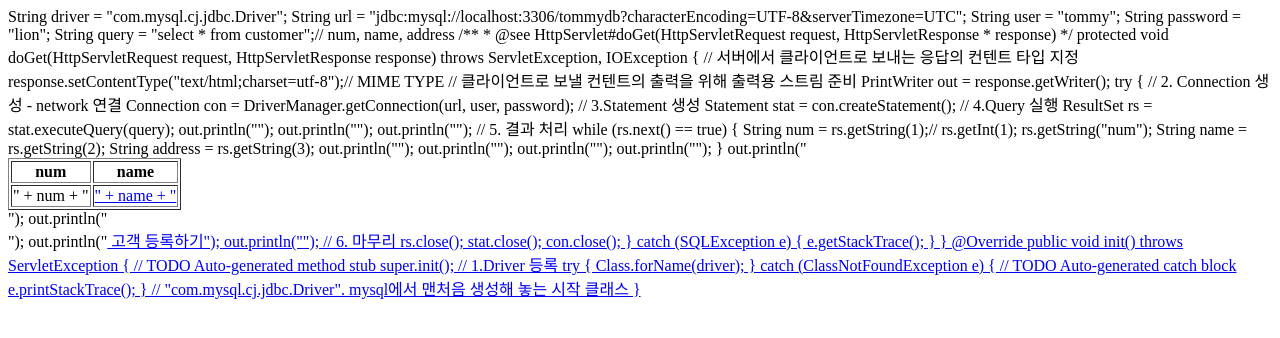
Repository: pencil-HB/SSAFY_Backend
Page: http://localhost/BackendProject/db/CustomerStart.jsp
An editor plug-in stored every save of this project. The page is shown before and after the next save, followed by the edit.
The browser window is 1280 px wide. The pictures show the whole page.
The page is served by Tomcat 10. Other server files are loaded and not shown.

Above is the page before, as saved 2024-09-24 06:17:39.

### BackendProject/src/main/webapp/db/CustomerStart.jsp
<%@ page language="java" contentType="text/html; charset=UTF-8"
	pageEncoding="UTF-8"%>
<%@ page import="java.sql.Connection, java.sql.DriverManager, java.sql.ResultSet, java.sql.SQLException, java.sql.Statement" %>

	String driver = "com.mysql.cj.jdbc.Driver";
	String url = "jdbc:mysql://localhost:3306/tommydb?characterEncoding=UTF-8&serverTimezone=UTC";
	String user = "tommy";
	String password = "lion";
	String query = "select * from customer";// num, name, address

	/**
	 * @see HttpServlet#doGet(HttpServletRequest request, HttpServletResponse
	 *      response)
	 */
	protected void doGet(HttpServletRequest request, HttpServletResponse response)
			throws ServletException, IOException {

		// 서버에서 클라이언트로 보내는 응답의 컨텐트 타입 지정
		response.setContentType("text/html;charset=utf-8");// MIME TYPE

		// 클라이언트로 보낼 컨텐트의 출력을 위해 출력용 스트림 준비
		PrintWriter out = response.getWriter();

		try {

			// 2. Connection 생성 - network 연결
			Connection con = DriverManager.getConnection(url, user, password);

			// 3.Statement 생성
			Statement stat = con.createStatement();

			// 4.Query 실행
			ResultSet rs = stat.executeQuery(query);

			out.println("<html><body>");
			out.println("<table border=1>");
			out.println("<tr><th>num</th><th>name</th>");

			// 5. 결과 처리
			while (rs.next() == true) {
				String num = rs.getString(1);// rs.getInt(1); rs.getString("num");
				String name = rs.getString(2);
				String address = rs.getString(3);
				out.println("<tr>");

				out.println("<td>" + num + "</td>");
				out.println("<td><a href='CustomerDetail?num="+num+"'>" + name + "</a></td>");
				out.println("</tr>");
			}

			out.println("</table>");

			out.println("<br>");

			out.println("<a href='/Backend/CustomerInsert'> 고객 등록하기");
			out.println("</body></html>");

			// 6. 마무리
			rs.close();
			stat.close();
			con.close();
		} catch (SQLException e) {
			e.getStackTrace();
		}
	}

	@Override
	public void init() throws ServletException {
		// TODO Auto-generated method stub
		super.init();
		// 1.Driver 등록
		try {
			Class.forName(driver);
		} catch (ClassNotFoundException e) {
			// TODO Auto-generated catch block
			e.printStackTrace();
		} // "com.mysql.cj.jdbc.Driver". mysql에서 맨처음 생성해 놓는 시작 클래스
	}

After the next save:
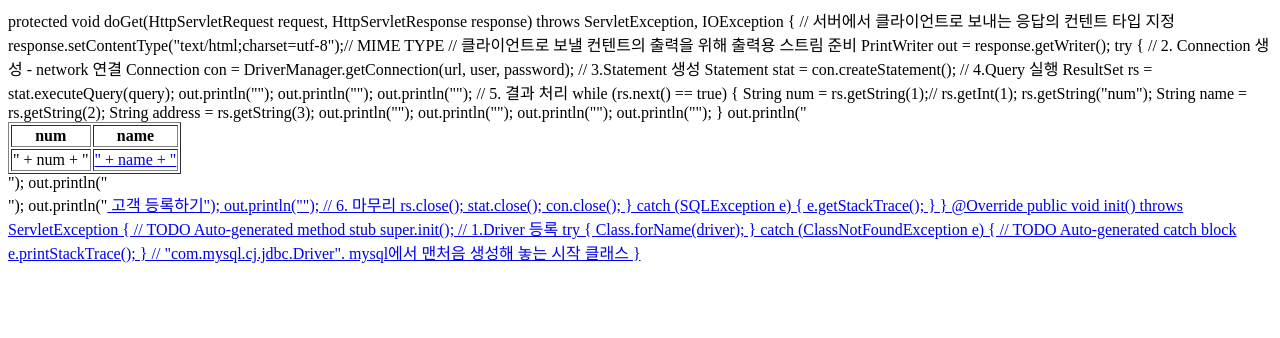
Saved 63 s later.
--- a/BackendProject/src/main/webapp/db/CustomerStart.jsp
+++ b/BackendProject/src/main/webapp/db/CustomerStart.jsp
@@ -2,16 +2,12 @@
 	pageEncoding="UTF-8"%>
 <%@ page import="java.sql.Connection, java.sql.DriverManager, java.sql.ResultSet, java.sql.SQLException, java.sql.Statement" %>
 
-	String driver = "com.mysql.cj.jdbc.Driver";
-	String url = "jdbc:mysql://localhost:3306/tommydb?characterEncoding=UTF-8&serverTimezone=UTC";
-	String user = "tommy";
-	String password = "lion";
-	String query = "select * from customer";// num, name, address
+<%! String driver = "com.mysql.cj.jdbc.Driver"; %>
+<%! String url = "jdbc:mysql://localhost:3306/tommydb?characterEncoding=UTF-8&serverTimezone=UTC"; %>
+<%! String user = "tommy"; %>
+<%! String password = "lion"; %>
+<%! String query = "select * from customer";  %>
 
-	/**
-	 * @see HttpServlet#doGet(HttpServletRequest request, HttpServletResponse
-	 *      response)
-	 */
 	protected void doGet(HttpServletRequest request, HttpServletResponse response)
 			throws ServletException, IOException {
 
